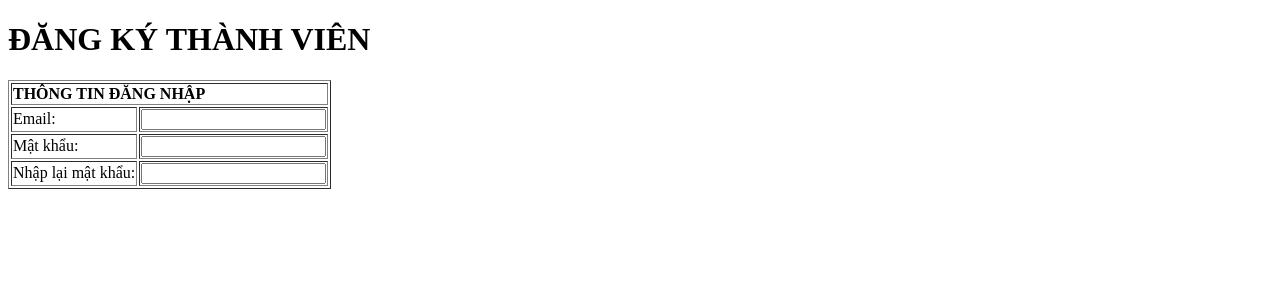
Repository: vnmk1/jsp_servlet-tutorials
Page: Bai2_HTML/src/main/webapp/register.html
An editor plug-in stored every save of this project. The page is shown before and after the next save, followed by the edit.
The browser window is 1280 px wide. The pictures show the whole page.

Above is the page before, as saved 2023-07-15 09:14:26.

After the next save:
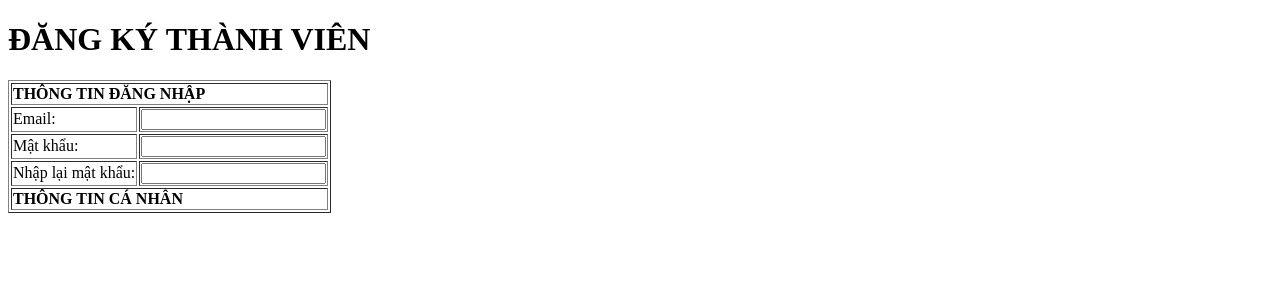
Saved 50 s later.
--- a/Bai2_HTML/src/main/webapp/register.html
+++ b/Bai2_HTML/src/main/webapp/register.html
@@ -23,6 +23,9 @@
 			<td>Nhập lại mật khẩu:</td>
 			<td><input type="password" name="re_password" id="idRe_Password"></td>
 		</tr>
+		<tr>
+			<td colspan="2"><b>THÔNG TIN CÁ NHÂN</b></td>
+		</tr>
 	</tbody>
 </table>
 </body>
